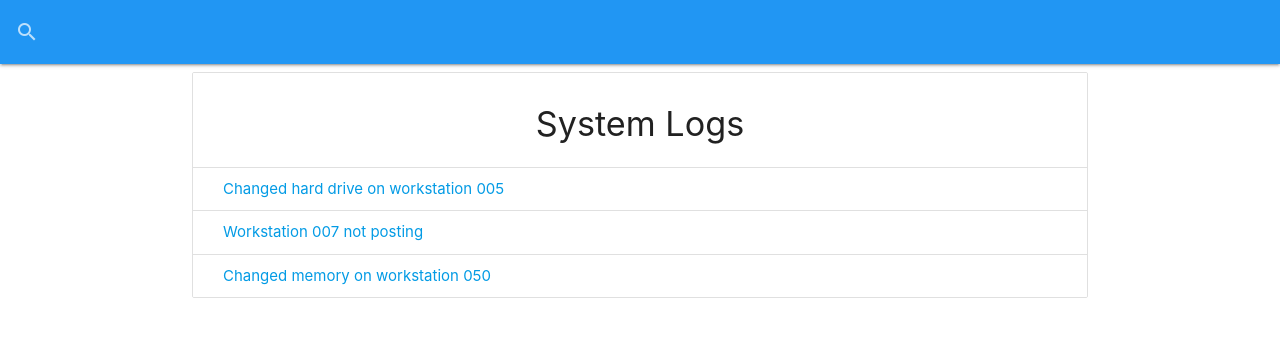
Repository: Ajtheult/IT-Logger
Page: /
The author's editor kept a copy of each file at every save. The page is drawn from the files as they stood at one save, then again after the next save.
The browser window is 1280 px wide. The pictures show the whole page.
The project was rebuilt for these pictures with package versions that can differ from the ones it lists, and the page was loaded fresh each time. Requests to the local data server were answered from the project's data file. Also part of the build but not shown: src/App.css.

Above is the page before, as saved 2020-06-23 16:23:31.

After the next save:
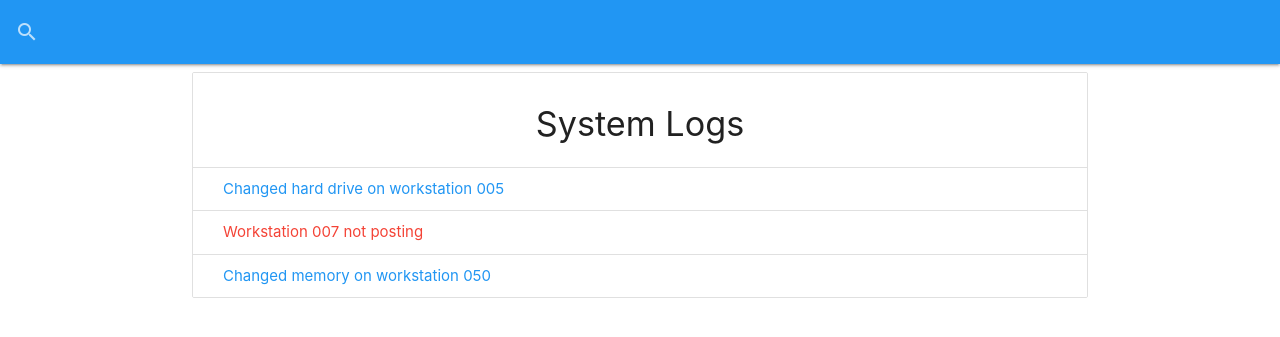
Saved 2 min 12 s later.
--- a/src/components/logs/LogItem.js
+++ b/src/components/logs/LogItem.js
@@ -6,7 +6,14 @@ const LogItem = ({ log }) => {
   return (
     <li className="collection-item">
       <div>
-        <a href="">{log.message}</a>
+        <a
+          href="#edit-log-modal"
+          className={`modal-trigger ${
+            log.attention ? "red-text" : "blue-text"
+          }`}
+        >
+          {log.message}
+        </a>
       </div>
     </li>
   );
